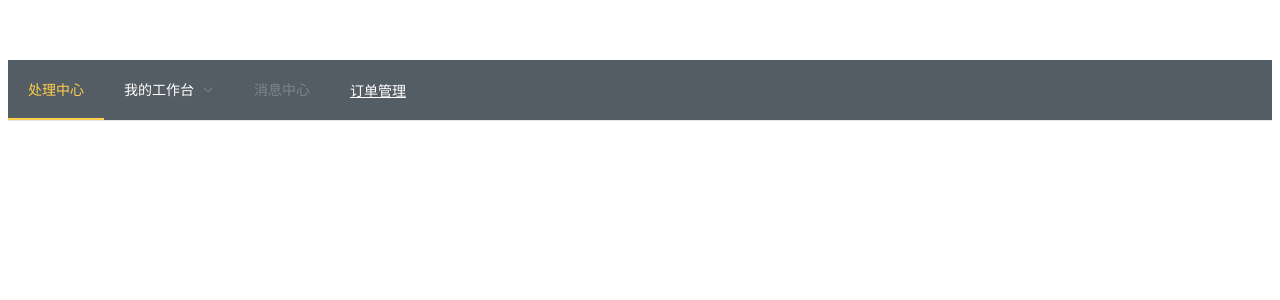
Repository: yuyiyong/study.vue
Page: /#/Layout
An editor plug-in stored every save of this project. The page is shown before and after the next save, followed by the edit.
The browser window is 1280 px wide. The pictures show the whole page.
The project was rebuilt for these pictures with package versions that can differ from the ones it lists, and the page was loaded fresh each time. Also part of the build but not shown: src/components/HelloWorld.vue.

Above is the page before, as saved 2021-03-09 14:56:52.

### index.html
<!DOCTYPE html>
<html>
  <head>
    <meta charset="utf-8">
    <meta name="viewport" content="width=device-width,initial-scale=1.0">
    <title>element_test</title>
  </head>
  <body>
    <div id="app"></div>
    <!-- built files will be auto injected -->
  </body>
</html>

### src/main.js
/*
 * @Author: your name
 * @Date: 2021-03-08 17:56:46
 * @LastEditTime: 2021-03-09 14:18:59
 * @LastEditors: Please set LastEditors
 * @Description: In User Settings Edit
 * @FilePath: /element_test/src/main.js
 */
// The Vue build version to load with the `import` command
// (runtime-only or standalone) has been set in webpack.base.conf with an alias.
import Vue from 'vue'
import App from './App'
import router from './router'
import element from './element/index'
import 'element-ui/lib/theme-chalk/index.css'

Vue.config.productionTip = false
Vue.use(element)
/* eslint-disable no-new */
new Vue({
  el: '#app',
  router,
  components: { App },
  template: '<App/>'
})

### src/App.vue
<!--
 * @Author: your name
 * @Date: 2021-03-08 17:56:46
 * @LastEditTime: 2021-03-09 14:56:52
 * @LastEditors: Please set LastEditors
 * @Description: In User Settings Edit
 * @FilePath: /element_test/src/App.vue
-->
<template>
  <div id="app">
    <!-- <img src="./assets/logo.png"> -->
    <layout />
    <router-view/>
  </div>
</template>

<script>
import Layout from './pages/layout/Layout'
export default {
  name: 'App',
  components: Layout
}
</script>

<style>
#app {
  font-family: 'Avenir', Helvetica, Arial, sans-serif;
  -webkit-font-smoothing: antialiased;
  -moz-osx-font-smoothing: grayscale;
  text-align: center;
  color: #2c3e50;
  margin-top: 60px;
}
</style>

### src/router/index.js
/*
 * @Author: your name
 * @Date: 2021-03-08 17:56:46
 * @LastEditTime: 2021-03-09 12:06:38
 * @LastEditors: Please set LastEditors
 * @Description: In User Settings Edit
 * @FilePath: /element_test/src/router/index.js
 */
import Vue from 'vue'
import Router from 'vue-router'
import HelloWorld from '@/components/HelloWorld'
import Layout from '@/pages/layout/Layout'

Vue.use(Router)

export default new Router({
  routes: [
    {
      path: '/',
      name: 'HelloWorld',
      component: HelloWorld
    },
    {
      path: '/Layout',
      name: 'Layout',
      component: Layout
    }

  ]
})

### src/element/index.js
/*
 * @Author: your name
 * @Date: 2021-03-08 18:29:00
 * @LastEditTime: 2021-03-09 14:24:49
 * @LastEditors: Please set LastEditors
 * @Description: In User Settings Edit
 * @FilePath: /element_test/src/element/index.js
 */
// 导入自己需要的组件
import {
  Pagination,
  Dialog,
  Autocomplete,
  Dropdown,
  DropdownMenu,
  DropdownItem,
  Menu,
  Submenu,
  MenuItem,
  MenuItemGroup,
  Input,
  InputNumber,
  Radio,
  RadioGroup,
  RadioButton,
  Checkbox,
  CheckboxButton,
  CheckboxGroup,
  Switch,
  Select,
  Option,
  OptionGroup,
  Button,
  ButtonGroup,
  Table,
  TableColumn,
  DatePicker,
  TimeSelect,
  TimePicker,
  Popover,
  Tooltip,
  Breadcrumb,
  BreadcrumbItem,
  Form,
  FormItem,
  Tabs,
  TabPane,
  Tag,
  Tree,
  Alert,
  Slider,
  Icon,
  Row,
  Col,
  Upload,
  Progress,
  Spinner,
  Badge,
  Card,
  Rate,
  Steps,
  Step,
  Carousel,
  CarouselItem,
  Collapse,
  CollapseItem,
  Cascader,
  ColorPicker,
  Transfer,
  Container,
  Header,
  Aside,
  Main,
  Footer,
  Timeline,
  TimelineItem,
  Link,
  Divider,
  Image,
  Calendar,
  Backtop,
  PageHeader,
  CascaderPanel,
  Loading,
  MessageBox,
  Message,
  Notification
} from 'element-ui'
// import 'element-ui/lib/theme-chalk/index.css'

const element = {
  install: function (Vue) {
    Vue.use(Pagination)
    Vue.use(Dialog)
    Vue.use(Autocomplete)
    Vue.use(Dropdown)
    Vue.use(DropdownMenu)
    Vue.use(DropdownItem)
    Vue.use(Menu)
    Vue.use(Submenu)
    Vue.use(MenuItem)
    Vue.use(MenuItemGroup)
    Vue.use(Input)
    Vue.use(InputNumber)
    Vue.use(Radio)
    Vue.use(RadioGroup)
    Vue.use(RadioButton)
    Vue.use(Checkbox)
    Vue.use(CheckboxButton)
    Vue.use(CheckboxGroup)
    Vue.use(Switch)
    Vue.use(Select)
    Vue.use(Option)
    Vue.use(OptionGroup)
    Vue.use(Button)
    Vue.use(ButtonGroup)
    Vue.use(Table)
    Vue.use(TableColumn)
    Vue.use(DatePicker)
    Vue.use(TimeSelect)
    Vue.use(TimePicker)
    Vue.use(Popover)
    Vue.use(Tooltip)
    Vue.use(Breadcrumb)
    Vue.use(BreadcrumbItem)
    Vue.use(Form)
    Vue.use(FormItem)
    Vue.use(Tabs)
    Vue.use(TabPane)
    Vue.use(Tag)
    Vue.use(Tree)
    Vue.use(Alert)
    Vue.use(Slider)
    Vue.use(Icon)
    Vue.use(Row)
    Vue.use(Col)
    Vue.use(Upload)
    Vue.use(Progress)
    Vue.use(Spinner)
    Vue.use(Badge)
    Vue.use(Card)
    Vue.use(Rate)
    Vue.use(Steps)
    Vue.use(Step)
    Vue.use(Carousel)
    Vue.use(CarouselItem)
    Vue.use(Collapse)
    Vue.use(CollapseItem)
    Vue.use(Cascader)
    Vue.use(ColorPicker)
    Vue.use(Transfer)
    Vue.use(Container)
    Vue.use(Header)
    Vue.use(Aside)
    Vue.use(Main)
    Vue.use(Footer)
    Vue.use(Timeline)
    Vue.use(TimelineItem)
    Vue.use(Link)
    Vue.use(Divider)
    Vue.use(Image)
    Vue.use(Calendar)
    Vue.use(Backtop)
    Vue.use(PageHeader)
    Vue.use(CascaderPanel)

    Vue.use(Loading.directive)

    Vue.prototype.$loading = Loading.service
    Vue.prototype.$msgbox = MessageBox
    Vue.prototype.$alert = MessageBox.alert
    Vue.prototype.$confirm = MessageBox.confirm
    Vue.prototype.$prompt = MessageBox.prompt
    Vue.prototype.$notify = Notification
    Vue.prototype.$message = Message
  }
}
export default element

### src/pages/layout/Layout.vue
<!--
 * @Author: your name
 * @Date: 2021-03-09 11:45:21
 * @LastEditTime: 2021-03-09 14:37:22
 * @LastEditors: Please set LastEditors
 * @Description: In User Settings Edit
 * @FilePath: /element_test/src/pages/layout/Layout.vue
-->

<!--
 * @Author: your name
 * @Date: 2021-03-08 17:56:46
 * @LastEditTime: 2021-03-09 10:45:57
 * @LastEditors: Please set LastEditors
 * @Description: In User Settings Edit
 * @FilePath: /element_test/src/components/HelloWorld.vue
-->
<template>
  <div>

    <el-menu
      :default-active="activeIndex2"
      class="el-menu-demo"
      mode="horizontal"
      @select="handleSelect"
      background-color="#545c64"
      text-color="#fff"
      active-text-color="#ffd04b"
    >
      <el-menu-item index="1">处理中心</el-menu-item>
      <el-submenu index="2">
        <template slot="title">我的工作台</template>
        <el-menu-item index="2-1">选项1</el-menu-item>
        <el-menu-item index="2-2">选项2</el-menu-item>
        <el-menu-item index="2-3">选项3</el-menu-item>
        <el-submenu index="2-4">
          <template slot="title">选项4</template>
          <el-menu-item index="2-4-1">选项1</el-menu-item>
          <el-menu-item index="2-4-2">选项2</el-menu-item>
          <el-menu-item index="2-4-3">选项3</el-menu-item>
        </el-submenu>
      </el-submenu>
      <el-menu-item index="3" disabled>消息中心</el-menu-item>
      <el-menu-item index="4"
        ><a href="https://www.ele.me" target="_blank">订单管理</a></el-menu-item
      >
    </el-menu>
  </div>
</template>

<script>
export default {
  name: 'Layout',
  data () {
    return {
      activeIndex: '1',
      activeIndex2: '1'
    }
  },
  methods: {
    handleSelect (key, keyPath) {
      console.log(key, keyPath)
    }
  }
}
</script>

<!-- Add "scoped" attribute to limit CSS to this component only -->
<style scoped></style>

After the next save:
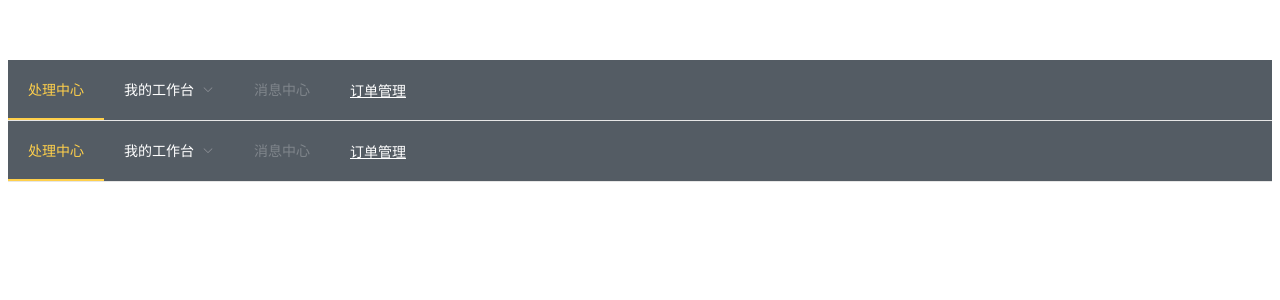
Saved 3 min 1 s later.
--- a/src/App.vue
+++ b/src/App.vue
@@ -1,7 +1,7 @@
 <!--
  * @Author: your name
  * @Date: 2021-03-08 17:56:46
- * @LastEditTime: 2021-03-09 14:56:52
+ * @LastEditTime: 2021-03-09 14:59:53
  * @LastEditors: Please set LastEditors
  * @Description: In User Settings Edit
  * @FilePath: /element_test/src/App.vue
@@ -18,7 +18,9 @@
 import Layout from './pages/layout/Layout'
 export default {
   name: 'App',
-  components: Layout
+  components: {
+    Layout
+  }
 }
 </script>
 
